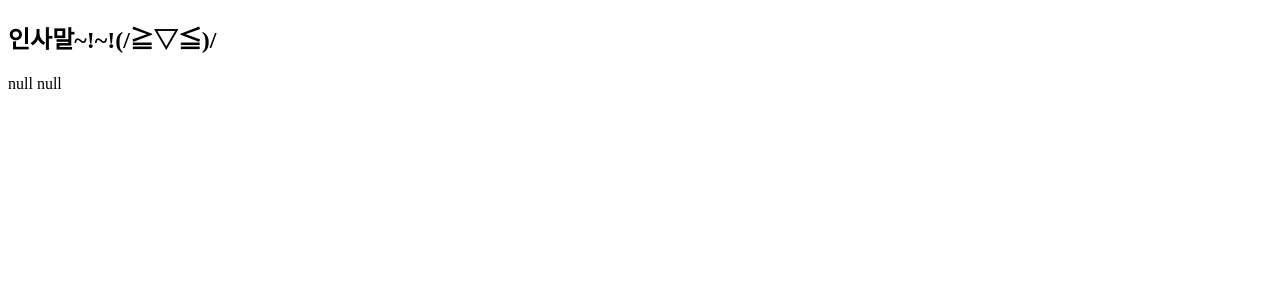
Repository: GTEM0/Acorn-classEdue2-java2-
Page: http://localhost/prj0901/hi
The author's editor kept a copy of each file at every save. The page is drawn from the files as they stood at one save, then again after the next save.
The browser window is 1280 px wide. The pictures show the whole page.
The page is served by Tomcat 9. Other server files are loaded and not shown.

Above is the page before, as saved 2023-09-01 06:43:51.

### prj0901/src/main/webapp/WEB-INF/views/HiView.jsp
<%@ page language="java" contentType="text/html; charset=UTF-8"
    pageEncoding="UTF-8"%>
<!DOCTYPE html>
<html>
<head>
<meta charset="UTF-8">
<title>Insert title here</title>
</head>
<body>


<h2>인사말~!~!(/≧▽≦)/</h2>

<%
String result = (String)request.getAttribute("msg");
out.println(result);
%>

<%= result %>


</body>
</html>

### prj0901/src/main/java/prj0901/HelloServlet.java
package prj0901;

import java.io.IOException;

import javax.servlet.ServletException;
import javax.servlet.annotation.WebServlet;
import javax.servlet.http.HttpServlet;
import javax.servlet.http.HttpServletRequest;
import javax.servlet.http.HttpServletResponse;



// 인사제공하기
// 학생리스트 제공하기 (데이터베이스에서 조회된 결과)
@WebServlet("/hi")
public class HelloServlet extends HttpServlet {

	@Override
	protected void doGet(HttpServletRequest request, HttpServletResponse response) throws ServletException, IOException {

		//모델 Service
		HelloService h = new HelloService();
		String message = h.getMessage();

		//모델심기
		request.setAttribute("m", message);
		//view로 forward
		request.getRequestDispatcher("WEB-INF/views/HiView.jsp").forward(request, response);



	}
}

### prj0901/src/main/java/prj0901/HelloService.java
package prj0901;

public class HelloService {


	public String getMessage() {
		return "퐈이야";
	}
}

After the next save:
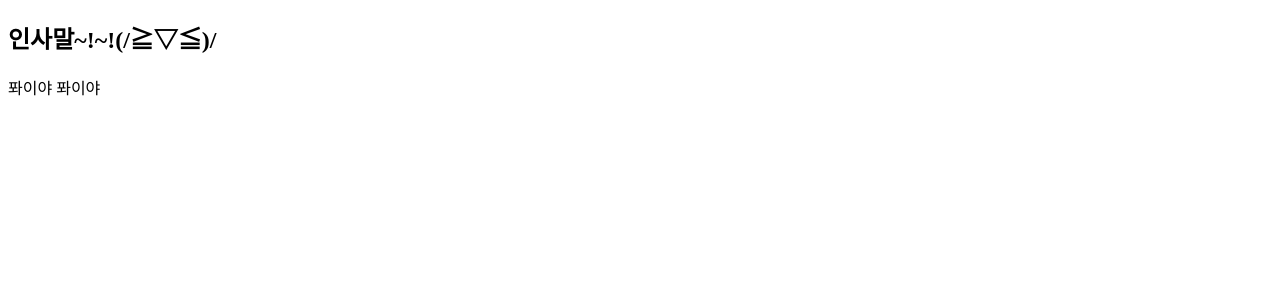
Saved 3 s later.
--- a/prj0901/src/main/webapp/WEB-INF/views/HiView.jsp
+++ b/prj0901/src/main/webapp/WEB-INF/views/HiView.jsp
@@ -12,7 +12,7 @@
 <h2>인사말~!~!(/≧▽≦)/</h2>
 
 <%
-String result = (String)request.getAttribute("msg");
+String result = (String)request.getAttribute("m");
 out.println(result);
 %>
 
